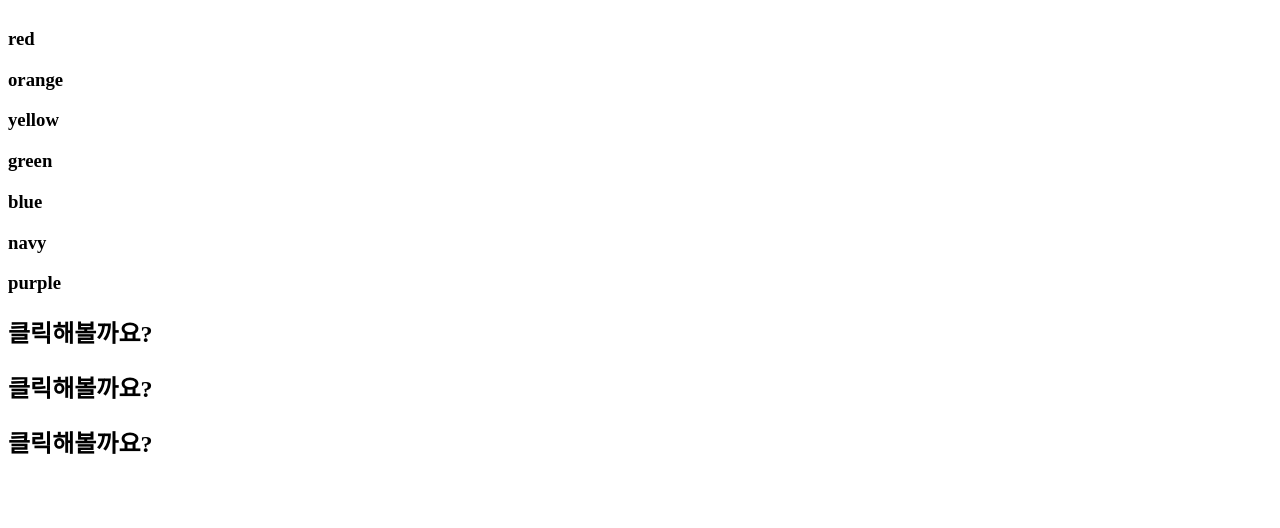
Repository: buildadoor/eclipse
Page: jspexp/src/main/webapp/a01_javascript/a01_basic/a09_paramObj.html
These files come from the project's save history. The page is drawn as it stood at one moment and after the next save; the edit follows.
The browser window is 1280 px wide. The pictures show the whole page.

Above is the page before, as saved 2022-11-15 06:35:54.

### jspexp/src/main/webapp/a01_javascript/a01_basic/a09_paramObj.html
<!DOCTYPE html>
<html>
<head>
<meta charset="UTF-8">
<title>Insert title here</title>
<link href="/a00_com/a01_common.css" rel="stylesheet">
<style type="text/css">
/*

*/
</style>
<script>
/*
 # 핸들러 함수에 객체 매개변수 전달 및 여러가지 속성 활용
 1. 핸들러 함숭 this라는 키워드로 매개변수에 전달하면 DOM객체가 전체 넘어간다.
 2. 객체는 참조명으로 받아 가지고 있는 여러가지 속성을 할당하여 처리할 수 있다.
 */
 function callObj(obj){
	obj.innerText="안녕하세요(문자열변경)";
	obj.align="center";//기본 속성 변경
	obj.style.color="blue";//css속성변경
	obj.style.background="yellow";

}
function chBkColor(obj){
	//해당객체가 가지고 있는 문자열로 해당 배경 색상을 변경 처리
	obj.style.background=obj.innerText
}
//ex) 3x2테이블 과일 리스트를 만들고 클릭시 마다 h2 buylist에
//추가적으로 과일 항목이 담기게 처리해보세요.
</script>
</head>
<body>
	<table></table>
	<h2 id="buylist"></h2>
	<h3 onclick="chBkColor(this)">red</h3>
	<h3 onclick="chBkColor(this)">orange</h3>
	<h3 onclick="chBkColor(this)">yellow</h3>
	<h3 onclick="chBkColor(this)">green</h3>
	<h3 onclick="chBkColor(this)">blue</h3>
	<h3 onclick="chBkColor(this)">navy</h3>
	<h3 onclick="chBkColor(this)">purple</h3>


	<h2 onclick="callObj(this)">클릭해볼까요?</h2>
	<h2 onclick="callObj(this)">클릭해볼까요?</h2>
	<h2 onclick="callObj(this)">클릭해볼까요?</h2>



</body>
<script>
/*

*/
//
</script>
</html>

### jspexp/src/main/webapp/a00_com/a01_common.css
* {
  box-sizing: border-box;
}

input[type=text],input[type=password], select, textarea {
  width: 100%;
  padding: 12px;
  border: 1px solid #ccc;
  border-radius: 4px;
  resize: vertical;
}

label {
  padding: 12px 12px 12px 0;
  display: inline-block;
}

input[type=button], input[type=submit] {
  background-color: #04AA6D;
  color: white;
  padding: 12px 20px;
  border: none;
  border-radius: 4px;
  cursor: pointer;
  float: right;
}

input[type=button]:hover, input[type=submit]:hover {
  background-color: #45a049;
}

.container {
  border-radius: 5px;
  background-color: #f2f2f2;
  padding: 20px;
}

.col-25 {
  float: left;
  width: 25%;
  margin-top: 6px;
}

.col-75 {
  float: left;
  width: 75%;
  margin-top: 6px;
}

/* Clear floats after the columns */
.row:after {
  content: "";
  display: table;
  clear: both;
}

/* Responsive layout - when the screen is less than 600px wide, make the two columns stack on top of each other instead of next to each other */
@media screen and (max-width: 600px) {
  .col-25, .col-75, input[type=submit] {
    width: 100%;
    margin-top: 0;
  }
}
table {
  font-family: Arial, Helvetica, sans-serif;
  border-collapse: collapse;
  width: 100%;
}
table td, #customers th {
  border: 1px solid #ddd;
  padding: 8px;
  text-align:center;
}
table tr:nth-child(even){background-color: #f2f2f2;}
table tr:hover {background-color: #ddd;}
table th {
  padding-top: 12px;
  padding-bottom: 12px;
  background-color: #04AA6D;
  color: white;
}

After the next save:
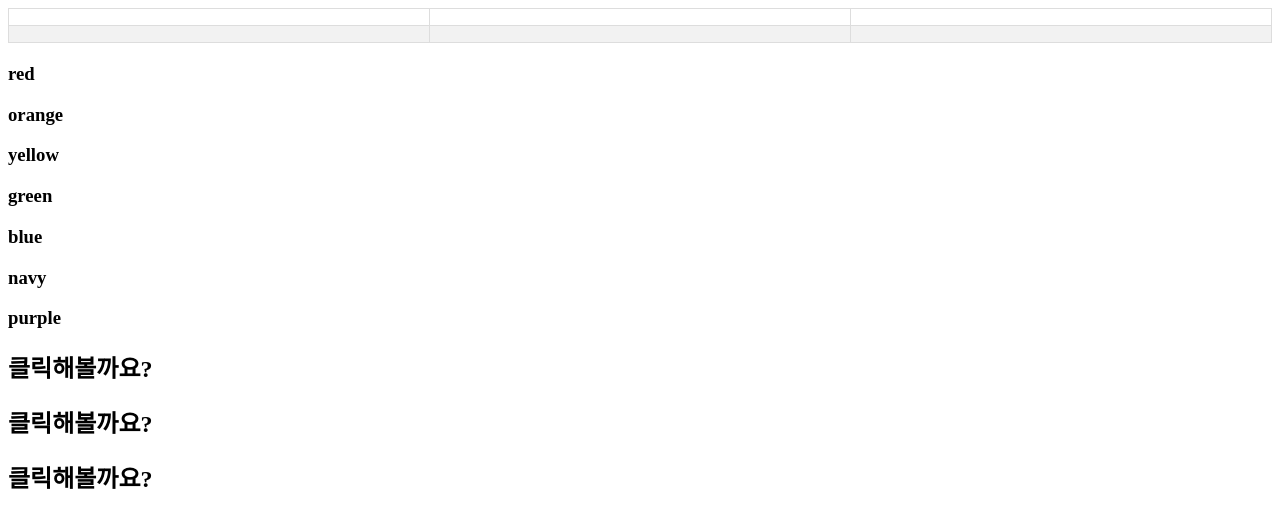
Saved 71 s later.
--- a/jspexp/src/main/webapp/a01_javascript/a01_basic/a09_paramObj.html
+++ b/jspexp/src/main/webapp/a01_javascript/a01_basic/a09_paramObj.html
@@ -31,8 +31,13 @@ function chBkColor(obj){
 </script>
 </head>
 <body>
-	<table></table>
+	<table>
+	<tr><td></td><td></td><td></td></tr>
+	<tr><td></td><td></td><td></td></tr>
+	</table>
 	<h2 id="buylist"></h2>
+
+
 	<h3 onclick="chBkColor(this)">red</h3>
 	<h3 onclick="chBkColor(this)">orange</h3>
 	<h3 onclick="chBkColor(this)">yellow</h3>
